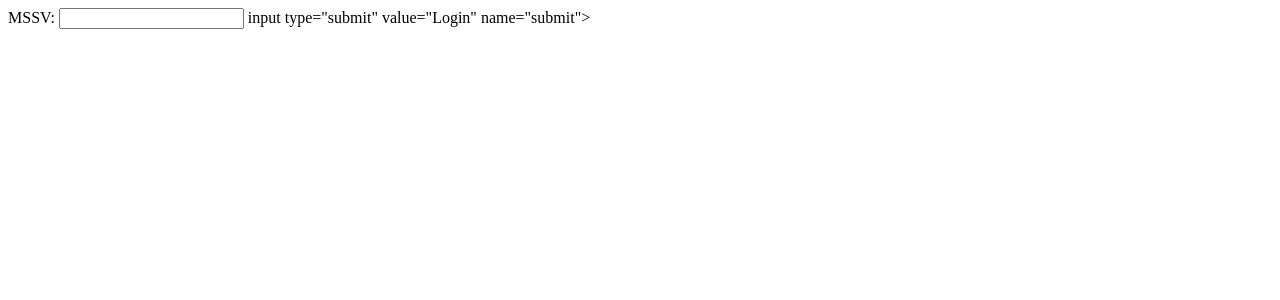
Repository: datntlocalhost/StudenManagerMVC
Page: http://localhost/StudentManagerMVC/studenInfo.jsp
These files come from the project's save history. The page is drawn as it stood at one moment and after the next save; the edit follows.
The browser window is 1280 px wide. The pictures show the whole page.
The page is served by Tomcat 9. Other server files are loaded and not shown.

Above is the page before, as saved 2018-07-19 08:56:40.

### StudentManagerMVC/WebContent/studenInfo.jsp
<%@ page language="java" contentType="text/html; charset=UTF-8"
    pageEncoding="UTF-8"%>
<!DOCTYPE html PUBLIC "-//W3C//DTD HTML 4.01 Transitional//EN" "http://www.w3.org/TR/html4/loose.dtd">
<html>
<head>
<meta http-equiv="Content-Type" content="text/html; charset=UTF-8">
<title>Insert title here</title>
</head>
<body>

  <form action="<%=request.getContextPath()%>/show" method="post">
    <label> MSSV: </label>
    <input type="text" name="mssv">
    input type="submit" value="Login" name="submit">
  </form>

</body>
</html>

After the next save:
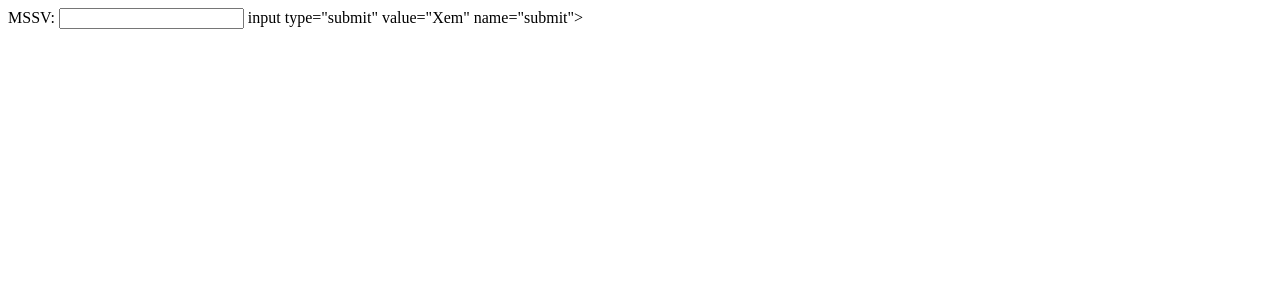
Saved 7 s later.
--- a/StudentManagerMVC/WebContent/studenInfo.jsp
+++ b/StudentManagerMVC/WebContent/studenInfo.jsp
@@ -11,7 +11,7 @@
   <form action="<%=request.getContextPath()%>/show" method="post">
     <label> MSSV: </label>
     <input type="text" name="mssv">
-    input type="submit" value="Login" name="submit">
+    input type="submit" value="Xem" name="submit">
   </form>
 
 </body>
